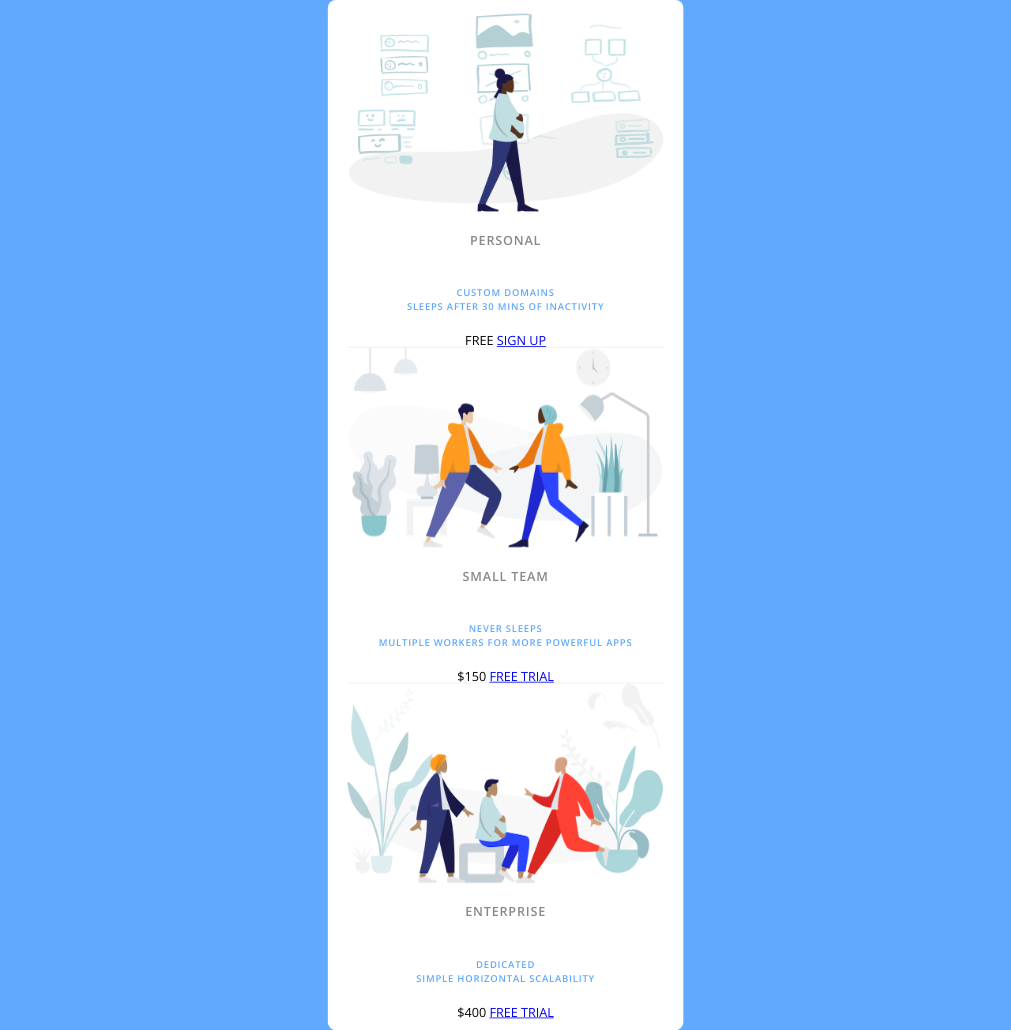
Repository: fatehailey/Pricing-Panel
Page: index.html
The author's editor kept a copy of each file at every save. The page is drawn from the files as they stood at one save, then again after a run of saves.
The browser window is 1280 px wide. The pictures show the whole page, at 79% of full size.

Above is the page before, as saved 2022-09-05 20:20:54.

### index.html
<!DOCTYPE html>
<html lang="en">

<head>
    <meta charset="UTF-8">
    <meta name="viewport" content="width=device-width, initial-scale=1.0">
    <title>Price Tiers</title>
    <link rel="stylesheet" href="https://fonts.googleapis.com/css?family=Open+Sans:400,600,700">
    <link rel="stylesheet" href="app.css">
</head>

<body>
    <div class="panel pricing-table">

        <div class="pricing-plan">
            <img src="icons/icon1.png" alt="" class="pricing-img">
            <h2 class="pricing-header">Personal</h2>
            <ul class="pricing-features">
                <li class="pricing-features-item">Custom domains</li>
                <li class="pricing-features-item">Sleeps after 30 mins of inactivity</li>
            </ul>
            <span class="pricing-price">Free</span>
            <a href="#/" class="pricing-button">Sign up</a>
        </div>

        <div class="pricing-plan">
            <img src="icons/icon2.png" alt="" class="pricing-img">
            <h2 class="pricing-header">Small team</h2>
            <ul class="pricing-features">
                <li class="pricing-features-item">Never sleeps</li>
                <li class="pricing-features-item">Multiple workers for more powerful apps</li>
            </ul>
            <span class="pricing-price">$150</span>
            <a href="#/" class="pricing-button is-featured">Free trial</a>
        </div>

        <div class="pricing-plan">
            <img src="icons/icon3.png" alt="" class="pricing-img">
            <h2 class="pricing-header">Enterprise</h2>
            <ul class="pricing-features">
                <li class="pricing-features-item">Dedicated</li>
                <li class="pricing-features-item">Simple horizontal scalability</li>
            </ul>
            <span class="pricing-price">$400</span>
            <a href="#/" class="pricing-button">Free trial</a>
        </div>

    </div>

</body>

</html>

### app.css
/* http://meyerweb.com/eric/tools/css/reset/
   v2.0 | 20110126
   License: none (public domain)
*/

html, body, div, span, applet, object, iframe,
h1, h2, h3, h4, h5, h6, p, blockquote, pre,
a, abbr, acronym, address, big, cite, code,
del, dfn, em, img, ins, kbd, q, s, samp,
small, strike, strong, sub, sup, tt, var,
b, u, i, center,
dl, dt, dd, ol, ul, li,
fieldset, form, label, legend,
table, caption, tbody, tfoot, thead, tr, th, td,
article, aside, canvas, details, embed,
figure, figcaption, footer, header, hgroup,
menu, nav, output, ruby, section, summary,
time, mark, audio, video {
	margin: 0;
	padding: 0;
	border: 0;
	font-size: 100%;
	font: inherit;
	vertical-align: baseline;
}
/* HTML5 display-role reset for older browsers */
article, aside, details, figcaption, figure,
footer, header, hgroup, menu, nav, section {
	display: block;
}
body {
	line-height: 1;
}
ol, ul {
	list-style: none;
}
blockquote, q {
	quotes: none;
}
blockquote:before, blockquote:after,
q:before, q:after {
	content: '';
	content: none;
}
table {
	border-collapse: collapse;
	border-spacing: 0;
}


html {
    box-sizing: border-box;
    font-family: 'Open Sans', sans-serif;
}
body{
    background-color: #60a9ff;
    display: flex;
    justify-content: center;
    align-items: center;
    min-height: 100vh;
}

.panel{
    background-color: white;
    border-radius: 10px;
    padding: 15px 25px;
    max-width: 960px;
    display: flex;
    flex-direction: column;
    text-align: center;
    text-transform: uppercase;
}

.pricing-plan:not(:last-child) {
    border-bottom: 1px solid #e1f1ff;
  }

.pricing-img {
    margin-bottom: 25px;
    width: 100%;
}

.pricing-header{
    color: #888;
    font-weight: 600;
    letter-spacing: 1px;
}

.pricing-features{
    margin: 50px 0 25px;
    color: #60a9ff;
}

.pricing-features-item{
    font-weight: 600;
    letter-spacing: 1px;
    font-size: 12px;
    line-height: 1.5;

}

After the next 2 saves:
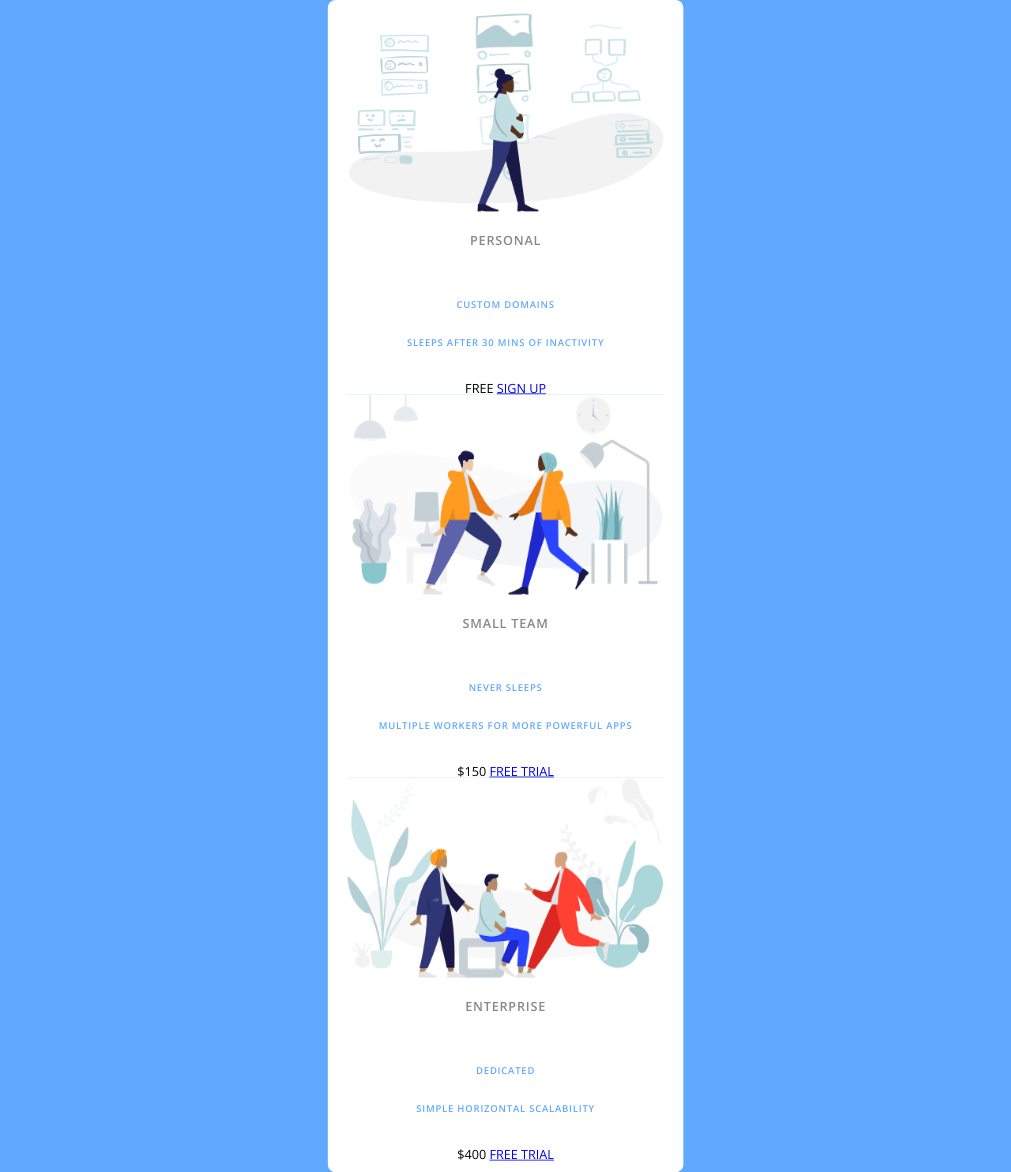
The 2 saves are shown as one change because they came seconds apart.
The last was saved 6 s later.
--- a/app.css
+++ b/app.css
@@ -96,5 +96,5 @@
     letter-spacing: 1px;
     font-size: 12px;
     line-height: 1.5;
-
+    padding: 15px 0;
 }
